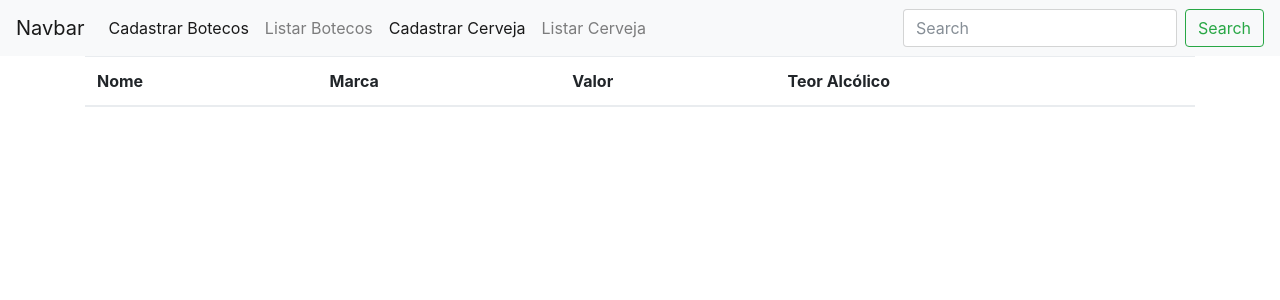
Repository: ViniciusSevero/FIAP-2TDSF-DBE-2sem
Page: http://localhost/04-SpringBoteco/WEB-INF/jsp/cerveja/lista.jsp
The author's editor kept a copy of each file at every save. The page is drawn from the files as they stood at one save, then again after the next save.
The browser window is 1280 px wide. The pictures show the whole page.
The page is served by Tomcat 9. Nobody is signed in. Other server files are loaded and not shown. The template is opened directly, without the code that normally fills it, so the values that code supplies are empty.

Above is the page before, as saved 2017-08-29 14:40:11.
Console error (its wording comes from the project's code and is left out).

### 04-SpringBoteco/WebContent/WEB-INF/jsp/cerveja/lista.jsp
<%@ page language="java" contentType="text/html; charset=ISO-8859-1"
    pageEncoding="ISO-8859-1"%>
<%@ taglib prefix="tag" tagdir="/WEB-INF/tags" %>
<%@ taglib uri="http://java.sun.com/jsp/jstl/core" prefix="c" %>

<tag:template title="Lista de Cervejas">
	<table class="table">
		<thead>
			<tr>
				<th>Nome</th>
				<th>Marca</th>
				<th>Valor</th>
				<th>Teor Alcólico</th>
			</tr>
		</thead>
		<tbody>
			<c:forEach items="${lista}" var="cerveja">
				<tr>
					<td>${cerveja.nome}</td>
					<td>${cerveja.marca}</td>
					<td>${cerveja.valor}</td>
					<td>${cerveja.teorAlcolico}</td>
				</tr>
			</c:forEach>
		</tbody>
	</table>
</tag:template>

### 04-SpringBoteco/WebContent/WEB-INF/tags/template.tag
<%@ taglib uri="http://java.sun.com/jsp/jstl/core" prefix="c" %>
<%@ attribute name="title" required="true" %>
<!DOCTYPE html PUBLIC "-//W3C//DTD HTML 4.01 Transitional//EN" "http://www.w3.org/TR/html4/loose.dtd">
<html>
<head>
<meta http-equiv="Content-Type" content="text/html; charset=ISO-8859-1">
<title>${title}</title>
<link rel="stylesheet" type="text/css" href="<c:url value="/resources/css/bootstrap.min.css" />" >
</head>
<body>
	<nav class="navbar navbar-expand-lg navbar-light bg-light">
	  <a class="navbar-brand" href="#">Navbar</a>
	  <button class="navbar-toggler" type="button" data-toggle="collapse" data-target="#navbarSupportedContent" aria-controls="navbarSupportedContent" aria-expanded="false" aria-label="Toggle navigation">
	    <span class="navbar-toggler-icon"></span>
	  </button>
	  <div class="collapse navbar-collapse" id="navbarSupportedContent">
	    <ul class="navbar-nav mr-auto">
	      <li class="nav-item active">
	        <a class="nav-link" href="<c:url value="/boteco/cadastrar" />">Cadastrar Botecos<span class="sr-only">(current)</span></a>
	      </li>
	      <li class="nav-item">
	        <a class="nav-link" href="<c:url value="/boteco/listar" />">Listar Botecos</a>
	      </li>
	      <li class="nav-item active">
	        <a class="nav-link" href="<c:url value="/cerveja/cadastrar" />">Cadastrar Cerveja</a>
	      </li>
	      <li class="nav-item">
	        <a class="nav-link" href="<c:url value="/cerveja/listar" />">Listar Cerveja</a>
	      </li>
	    </ul>
	    <form class="form-inline my-2 my-lg-0">
	      <input class="form-control mr-sm-2" type="text" placeholder="Search" aria-label="Search">
	      <button class="btn btn-outline-success my-2 my-sm-0" type="submit">Search</button>
	    </form>
	  </div>
	</nav>
	<div class="container">
		<jsp:doBody />
	</div>
<script type="text/javascript" src="<c:url value="/resources/js/jquery-3.2.1.min.js" />"></script>
<script type="text/javascript" src="<c:url value="/resources/js/bootstrap.min.js" />"></script>
</body>
</html>

Loaded but not shown: 04-SpringBoteco/WebContent/resources/css/bootstrap.min.css (library); 04-SpringBoteco/WebContent/resources/js/jquery-3.2.1.min.js (library); 04-SpringBoteco/WebContent/resources/js/bootstrap.min.js (library)

After the next save:
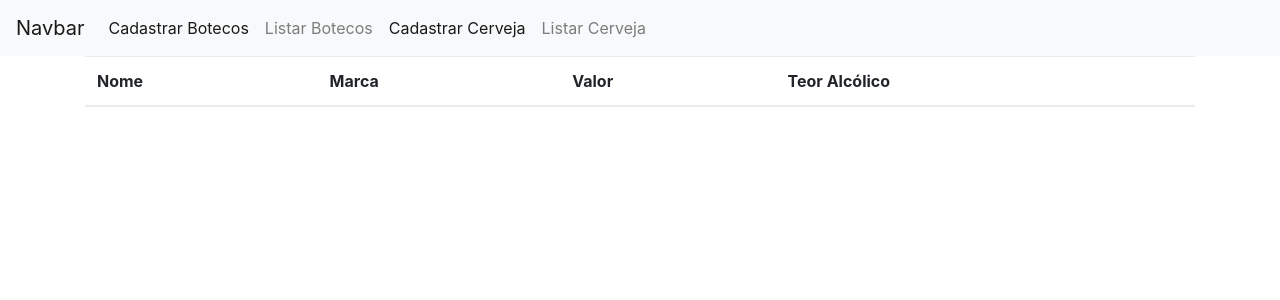
Saved 16 s later.
--- a/04-SpringBoteco/WebContent/WEB-INF/tags/template.tag
+++ b/04-SpringBoteco/WebContent/WEB-INF/tags/template.tag
@@ -28,10 +28,6 @@
 	        <a class="nav-link" href="<c:url value="/cerveja/listar" />">Listar Cerveja</a>
 	      </li>
 	    </ul>
-	    <form class="form-inline my-2 my-lg-0">
-	      <input class="form-control mr-sm-2" type="text" placeholder="Search" aria-label="Search">
-	      <button class="btn btn-outline-success my-2 my-sm-0" type="submit">Search</button>
-	    </form>
 	  </div>
 	</nav>
 	<div class="container">
